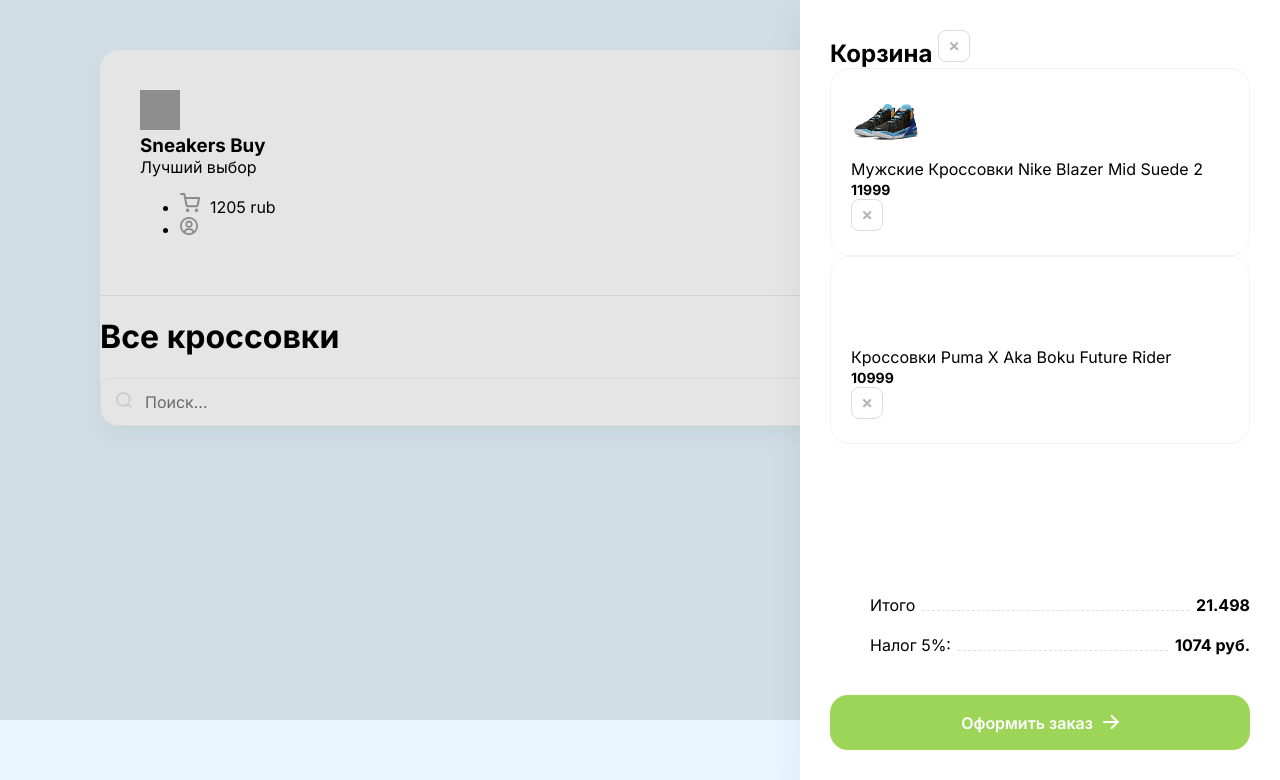
Repository: iveivs/sneakers
Page: /, after clicking the first element matching `li.mr-30`
An editor plug-in stored every save of this project. The page is shown before and after the next save, followed by the edit.
The browser window is 1280 px wide. The pictures show the whole page.
Pictures or frames that could not be fetched are drawn as grey boxes. The page's requests for data from a server got no answer. The project was rebuilt for these pictures with package versions that can differ from the ones it lists, and the page was loaded fresh each time. No one was signed in, and anything a server would have sent is missing. Also part of the build but not shown: src/components/Card.jsx.

Above is the page before, as saved 2024-03-03 19:37:44.

### public/index.html
<!DOCTYPE html>
<html lang="en">
  <head>
    <meta charset="utf-8" />
    <link rel="icon" href="%PUBLIC_URL%/favicon.ico" />
    <meta name="viewport" content="width=device-width, initial-scale=1" />
    <meta name="theme-color" content="#000000" />
    <meta
      name="description"
      content="Web site created using create-react-app"
    />
    <link rel="apple-touch-icon" href="%PUBLIC_URL%/logo192.png" />
    <link rel="manifest" href="%PUBLIC_URL%/manifest.json" />
    <link rel="preconnect" href="https://fonts.googleapis.com">
    <link rel="preconnect" href="https://fonts.gstatic.com" crossorigin>
    <link href="https://fonts.googleapis.com/css2?family=Inter:wght@400;500;600;700;800&display=swap" rel="stylesheet">
    <title>React Sneakers</title>
  </head>
  <body>
    <noscript>You need to enable JavaScript to run this app.</noscript>
    <div id="root"></div>
  </body>
</html>

### src/index.js
import React from 'react';
import ReactDOM from 'react-dom/client';
import './index.scss';
import 'macro-css'
import App from './App';

const root = ReactDOM.createRoot(document.getElementById('root'));
root.render(
  <React.StrictMode>
    <App />
  </React.StrictMode>
);

### src/index.scss
body {
  margin: 0;
  -webkit-font-smoothing: antialiased;
  -moz-osx-font-smoothing: grayscale;
  background-color: #e7f6ff;
}
* {
  font-family: 'Inter', system-ui;
}
.button {
  background: #ffffff;
  border: 1px solid #f2f2f2;
  box-sizing: border-box;
  border-radius: 8px;
  height: 32px;
  width: 32px;
  cursor: pointer;
}
.wrapper {
  background: #ffffff;
  box-shadow: 0px 10px 20px rgba(0, 0, 0, 0.04);
  border-radius: 20px;
  max-width: 1080px;
  margin: 50px auto;
}
header {
  padding: 40px;
  border-bottom: 1px solid #eaeaea;
  .logo-sneakers {
    margin-right: 15px;
  }
  h3,
  p {
    margin: 0px;
  }
  span {
    margin-left: 10px;
  }

}

.favorite {
  position: absolute;
  cursor: pointer;
}
.search-block {
  border: 1px solid #f3f3f3;
  border-radius: 10px;
  padding: 0 15px;
  input {
    border: 0px;
    padding: 13px;
    font-size: 16px;
  }
}
.drawer {
  display: flex;
  flex-direction: column;
  position: absolute;
  padding: 30px;
  width: 420px;
  height: 100%;
  right: 0;
  background-color: #ffffff;
  box-shadow: 0px 14px 35px rgba(0, 0, 0, 0.06);
  h2 {
    margin: 0;
    font-size: 24px;
    svg {
      cursor: pointer;
    }
  }
  .items {
    flex: 1;
    overflow: auto;
    margin-bottom: 40px;
  }
}
// .cartItem {
//   border: 1px solid #f3f3f3;
//   border-radius: 20px;
//   overflow: hidden;
//   padding: 10px;
//   p {
//     font-size: 16px;
//   }
//   b {
//     font-size: 14px;
//   }
// }
.cartItem {
  border: 1px solid #f3f3f3;
  border-radius: 20px;
  overflow: hidden;
  padding: 20px;

  .cartItemImg {
    height: 70px;
    width: 70px;
    background-size: contain;
    background-position: 0 -3px;
    background-repeat: no-repeat;
    margin-right: 20px;
  }

  p {
    font-size: 16px;
    margin: 0;
  }

  b {
    font-size: 14px;
  }

  .removeBtn {
    opacity: 0.5;
    cursor: pointer;
    transition: opacity 0.15s ease-in-out;

    &:hover {
      opacity: 1;
    }
  }
}


.cartTotalBlock {
  ul {
    margin-bottom: 40px !important;
  }
  li {
    display: flex;
    align-items: flex-end;
    margin-bottom: 20px;
  }
  div {
    flex: 1;
    height: 1px;
    border-bottom: 1px dashed #dfdfdf;
    position: relative;
    top: -4px;
    margin: 0 7px;
  }
  .greenButton {
    svg {
      position: absolute;
      right: 90px;
      top: 20px;
      transition: transform .2s ease-in-out;
    }
    &:hover {
      svg {
        transform: translateX(10px);
      }
    }

  }
}

.greenButton {
    position: relative;
    width: 100%;
    height: 55px;
    background: #9dd558;
    border-radius: 18px;
    border: none;
    color: #ffffff;
    font-size: 16px;
    font-weight: 600;
    cursor: pointer;
    transition: .3s;
    &:hover {
      background: lighten($color: #9dd558, $amount: 5%);
    }
    &:active {
      background: darken($color: #9dd558, $amount: 5%);
    }
    span {
      margin-right: 10px;
    }
}

// .removeBtn {
//   opacity: 0.5;
//   cursor: pointer;
//   &:hover {
//     opacity: 1;
//   }
// }
.overlay {
  position: absolute;
  top: 0;
  left: 0;
  width: 100%;
  height: 100%;
  background-color: rgba(0, 0, 0, 0.1);
  z-index: 1;
}

### src/App.js
import { useState, useEffect } from "react";
import Card from "./components/Card";
import Drawer from "./components/Drawer";
import Header from "./components/Header";

const arr = [
  // {title: 'Мужские Кроссовки Nike Blazer Mid Suede', price: 12999, imageUrl: '/img/image 1.jpg'},
  // {title: 'Мужские Кроссовки Nike Air Max 270', price: 11999, imageUrl: '/img/image 7.jpg'},
  // {title: 'Мужские Кроссовки Nike Blazer Mid Suede 2', price: 12999, imageUrl: '/img/image9.jpg'},
  // {title: 'Кроссовки Puma X Aka Boku Future Rider', price: 10999, imageUrl: '/img/image 5.jpg'},
]
function App() {
  const [items, setItems] = useState([])
  const [cartItems, setCartItems] = useState([
    {title: 'Мужские Кроссовки Nike Blazer Mid Suede 2', price: 11999, imageUrl: '/img/image9.jpg'},
    {title: 'Кроссовки Puma X Aka Boku Future Rider', price: 10999, imageUrl: '/img/image 1.jpg'},
  ])
  const [cartOpened, setCartOpened] = useState(false)

  useEffect(() => {
    fetch('https://65c398c639055e7482c13885.mockapi.io/items').then((res) => {
      return res.json()
    }).then(json => {
      setItems(json);
    })
  }, [])

  return (
    <div className="wrapper clear">
      { cartOpened && <Drawer items={cartItems} onClose={() => setCartOpened(false)} /> }
      < Header onClickCart={() => setCartOpened(true)} />
      <div className="content p-40">
        <div className="d-flex align-center justify-between mb-40">
          <h1>Все кроссовки</h1>
          <div className="search-block">
            <svg width="16" height="16" viewBox="0 0 16 16" fill="none" xmlns="http://www.w3.org/2000/svg">
              <path d="M15.25 15.25L11.8855 11.8795L15.25 15.25ZM13.75 7.375C13.75 9.06576 13.0784 10.6873 11.8828 11.8828C10.6873 13.0784 9.06576 13.75 7.375 13.75C5.68424 13.75 4.06274 13.0784 2.86719 11.8828C1.67165 10.6873 1 9.06576 1 7.375C1 5.68424 1.67165 4.06274 2.86719 2.86719C4.06274 1.67165 5.68424 1 7.375 1C9.06576 1 10.6873 1.67165 11.8828 2.86719C13.0784 4.06274 13.75 5.68424 13.75 7.375V7.375Z" stroke="#E4E4E4" strokeWidth="2" strokeLinecap="round"/>
            </svg>
            <input type="text" placeholder="Поиск..." />
          </div>
        </div>
        <div className="sneakers d-flex flex-wrap">
        {
          items.map((obj) => (
            <Card
              key={obj.title}
              title={obj.title}
              price={obj.price}
              imageUrl={obj.imageUrl}
              onClick={()=> console.log('test')}
            />
          ))
        }

        </div>

      </div>
    </div>
  );
}

export default App;

### src/components/Drawer.jsx

export default function Drawer({ onClose, items =[] }) {
    return (
        <div  className="overlay">
            <div className="drawer">
                <h2 className="mb-30  d-flex justify-between">
                    Корзина <img onClick={onClose} src="/img/close.svg" />
                </h2>

                <div className="items">
                    {
                        items.map((obj) => (
                            <div key={obj.title} className="cartItem d-flex align-center mb-20">
                                {/* <img
                                    className="cartItemImg"
                                    width={70}
                                    height={70}
                                    src="/img/image 5.jpg"
                                    alt=""
                                /> */}
                                <div
                                    style={{ backgroundImage: `url(${obj.imageUrl})`}}
                                    className="cartItemImg"
                                    >
                                </div>
                                <div className="ml-20 mr-20">
                                    <p className="mb-5">
                                        {obj.title}
                                    </p>
                                    <b>{obj.price}</b>
                                </div>
                                <img src="/img/close.svg" />
                            </div>
                            )
                        )
                    }
                    {/* <div className="cartItem d-flex align-center mb-20">
                        <img
                            className="cartItemImg"
                            width={70}
                            height={70}
                            src="/img/image 5.jpg"
                            alt=""
                        />
                        <div className="ml-20 mr-20">
                            <p className="mb-5">
                                Мужские Кроссовки Nike Blazer Mid Suede
                            </p>
                            <b>12 999 руб.</b>
                        </div>
                        <img src="/img/close.svg" />
                    </div> */}

                    {/* <div className="cartItem d-flex align-center mb-20">
                        <img
                            className="cartItemImg"
                            width={70}
                            height={70}
                            src="/img/image 7.jpg"
                            alt=""
                        />
                        <div className="ml-20 mr-20">
                            <p className="mb-5">
                                Мужские Кроссовки Nike Blazer Mid Suede
                            </p>
                            <b>12 999 руб.</b>
                        </div>
                        <img src="/img/close.svg" />
                    </div> */}
                </div>

                <div className="cartTotalBlock">
                    <ul>
                        <li>
                            <span>Итого</span>
                            <div></div>
                            <b>21.498</b>
                        </li>

                        <li>
                            <span>Налог 5%:</span>
                            <div></div>
                            <b>1074 руб.</b>
                        </li>
                    </ul>
                    <button className="greenButton">
                        <span>Оформить заказ</span>
                        <img src="/img/arrow.svg" />
                    </button>
                </div>
            </div>
        </div>
    );
}

### src/components/Header.jsx
export default function Header(props) {
    return (
        <header className="d-flex justify-between align-center p-40">
            <div className="d-flex align-center ">
                <img className="logo-sneakers" width={40} height={40} src="/img/logo.png" alt="" />
                <div>
                    <h3 className="text-uppercase">Sneakers Buy</h3>
                    <p className="opacity-5">Лучший выбор</p>
                </div>
            </div>
            <ul className="headerRight d-flex">
                <li onClick={props.onClickCart} className="mr-30 cu-p">
                    <img src="/img/cart.svg" alt="" />

                    <span className="opacity-6">1205 rub</span>
                </li>
                <li>
                    <svg width="18" height="18" viewBox="0 0 18 18" fill="none" xmlns="http://www.w3.org/2000/svg"
                    >
                        <path fillRule="evenodd" clipRule="evenodd" d="M0 9C0 4.1211 4.1211 0 9 0C13.8789 0 18 4.1211 18 9C18 11.871 16.5672 14.4702 14.4 16.1316V16.2H14.3082C12.807 17.3205 10.9683 18 9 18C7.0317 18 5.193 17.3205 3.6918 16.2H3.6V16.1316C1.4328 14.4702 0 11.8701 0 9ZM6.41112 13.7124C5.93239 14.0975 5.59923 14.6344 5.4666 15.2343C6.5178 15.8436 7.7256 16.2 9 16.2C10.2744 16.2 11.4822 15.8436 12.5334 15.2343C12.4006 14.6344 12.0674 14.0977 11.5887 13.7126C11.11 13.3275 10.5144 13.1169 9.9 13.1157H8.1C7.48557 13.1168 6.88986 13.3272 6.41112 13.7124ZM12.391 12.0705C13.129 12.5617 13.7057 13.2596 14.049 14.0769C15.3693 12.7638 16.2 10.9584 16.2 9C16.2 5.0967 12.9033 1.8 9 1.8C5.0967 1.8 1.8 5.0967 1.8 9C1.8 10.9584 2.6307 12.7638 3.951 14.0769C4.2943 13.2596 4.87104 12.5617 5.60904 12.0705C6.34704 11.5794 7.21351 11.3168 8.1 11.3157H9.9C10.7865 11.3168 11.653 11.5794 12.391 12.0705ZM5.40001 7.2C5.40001 5.148 6.94801 3.6 9.00001 3.6C11.052 3.6 12.6 5.148 12.6 7.2C12.6 9.252 11.052 10.8 9.00001 10.8C6.94801 10.8 5.40001 9.252 5.40001 7.2ZM7.20001 7.2C7.20001 8.2602 7.93981 9 9.00001 9C10.0602 9 10.8 8.2602 10.8 7.2C10.8 6.1398 10.0602 5.4 9.00001 5.4C7.93981 5.4 7.20001 6.1398 7.20001 7.2Z" fill="#9B9B9B"
                        />
                    </svg>
                </li>
            </ul>
        </header>
    );
}

After the next save:
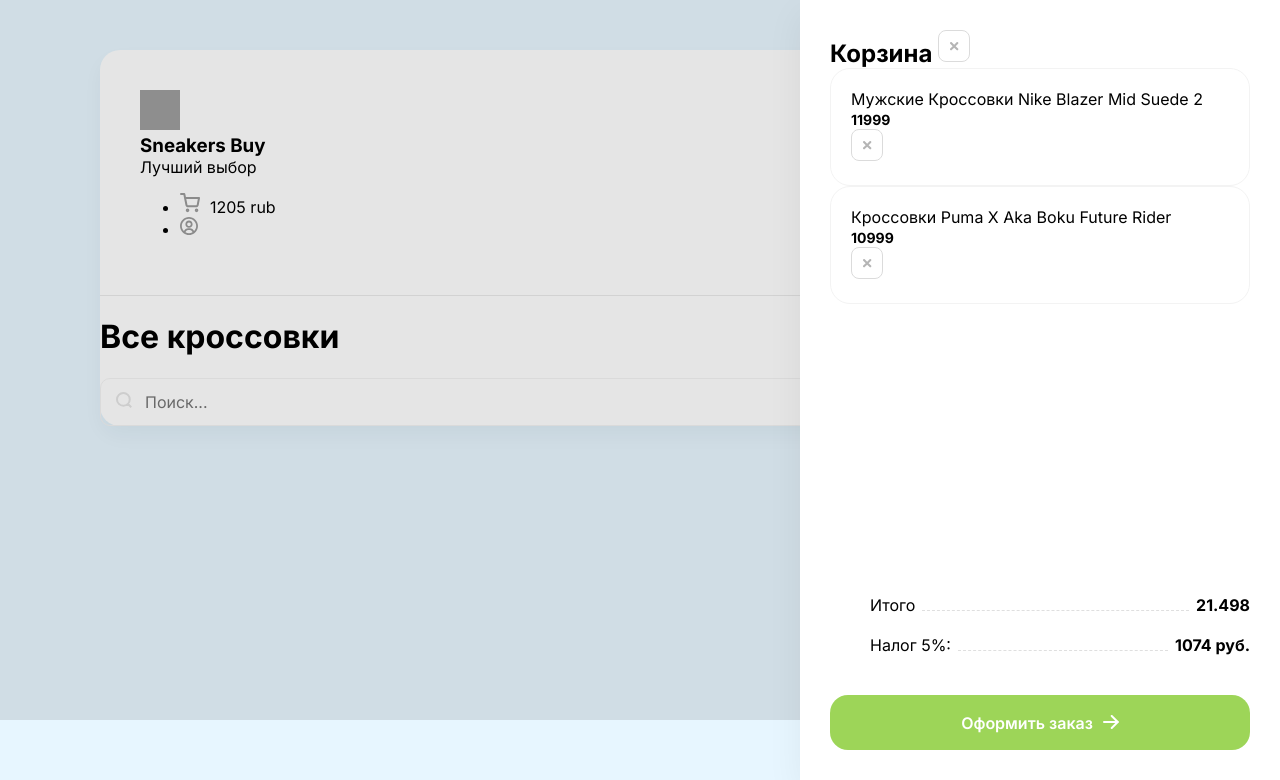
Saved 85 s later.
--- a/src/components/Drawer.jsx
+++ b/src/components/Drawer.jsx
@@ -18,11 +18,11 @@
                                     src="/img/image 5.jpg"
                                     alt=""
                                 /> */}
-                                <div
+                                {/* <div
                                     style={{ backgroundImage: `url(${obj.imageUrl})`}}
                                     className="cartItemImg"
                                     >
-                                </div>
+                                </div> */}
                                 <div className="ml-20 mr-20">
                                     <p className="mb-5">
                                         {obj.title}
